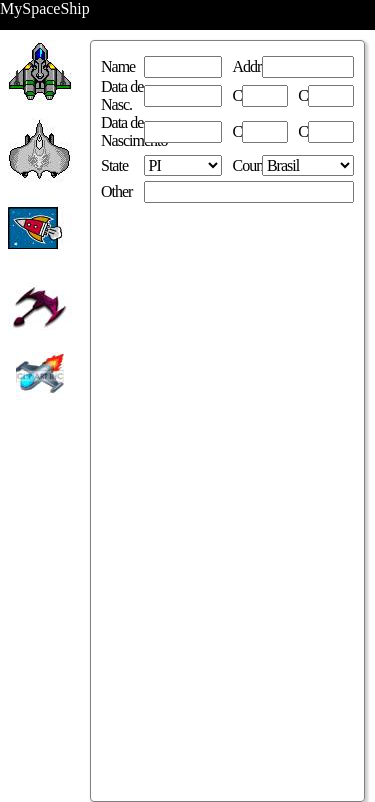
Repository: eudesf/MySpaceShip
Page: MySpaceShip/WebContent/index.html
The author's editor kept a copy of each file at every save. The page is drawn from the files as they stood at one save, then again after the next save.
The browser window is 375 px wide. The pictures show the whole page.

Above is the page before, as saved 2012-03-19 14:22:47.

### MySpaceShip/WebContent/index.html
<!DOCTYPE html>

<html>
	<head>
		<meta charset="UTF-8">

		<title>MySpaceShip</title>

		<link rel="stylesheet" href="css/mainlayout.css" type="text/css" media="screen"/>
		<link rel="stylesheet" href="css/formlayout.css" type="text/css" media="screen"/>

		<style>
			.color1 {
				background: silver;
			}
			.color2 {
				background: gray;
			}
			.color3 {
				background: green;
			}
			.color4 {
				background: brown;
			}

		</style>
	</head>
	<body>

		<header>
			<h2>MySpaceShip</h2>
		</header>

		<nav>
			<a href="javascript:void(0)">
				<img src="images/ship1.jpg" alt="ship 1"/>
			</a>
			<a href="javascript:void(0)">
				<img src="images/ship2.jpg" alt="ship 2"/>
			</a>
			<a href="javascript:void(0)">
				<img src="images/ship3.jpg" alt="ship 3"/>
			</a>
			<a href="javascript:void(0)">
				<img src="images/ship4.jpg" alt="ship 4"/>
			</a>
			<a href="javascript:void(0)">
				<img src="images/ship5.jpg" alt="ship 5"/>
			</a>
		</nav>

		<section>
			<article>
				<form class="labelw20p">

					<label for="name">Name</label>

					<div class="w30p">
						<input id="name" class="w100p" type="text" />
					</div>

					<div class="w50p">
						<label for="address">Address</label>
						<input id="address" type="text"/>
					</div>

					<label for="birthdate">Data de Nasc.</label>

					<div class="w30p">
						<input id="birthdate" type="text" class="w100p"/>
					</div>

					<div class="w25p">
						<label for="cep">CEP</label>
						<input id="cep" type="text"/>
					</div>

					<div class="w25p">
						<label for="city">City</label>
						<input id="city" type="text"/>
					</div>

					<label for="birthdate">Data de Nascimento</label>

					<div class="w30p">
						<input id="birthdate" type="text" class="w100p"/>
					</div>

					<div class="w25p">
						<label for="cep">CEP</label>
						<input id="cep" type="text"/>
					</div>

					<div class="w25p">
						<label for="city">City</label>
						<input id="city" type="text"/>
					</div>


					<label for="state">State</label>

					<div class="w30p">
						<select id="state" class="w100p">
							<option value="PI">PI</option>
						</select>
					</div>

					<div class="w50p">
						<label for="country">Country</label>
						<select id="country">
							<option value="BRA">Brasil</option>
						</select>
					</div>

					<label for="others">Other</label>
					<div class="w80p">
						<input id="others" type="text" class="w100p" />
					</div>
				</form>
			</article>
		</section>

	</body>
</html>

### MySpaceShip/WebContent/css/mainlayout.css
/* reset from YUI 3 */
html{color:#000;background:#FFF;}body,div,dl,dt,dd,ul,ol,li,h1,h2,h3,h4,h5,h6,pre,code,form,fieldset,legend,input,textarea,p,blockquote,th,td{margin:0;padding:0;}table{border-collapse:collapse;border-spacing:0;}fieldset,img{border:0;}address,caption,cite,code,dfn,em,strong,th,var{font-style:normal;font-weight:normal;}li{list-style:none;}caption,th{text-align:left;}h1,h2,h3,h4,h5,h6{font-size:100%;font-weight:normal;}q:before,q:after{content:'';}abbr,acronym{border:0;font-variant:normal;}sup{vertical-align:text-top;}sub{vertical-align:text-bottom;}input,textarea,select{font-family:inherit;font-size:inherit;font-weight:inherit;}input,textarea,select{*font-size:100%;}legend{color:#000;}

header {
	background: #000;
	color: #fff;
	height: 30px
}

@media screen and max-width: 400px {
  article {
    background: #ccc;
  }
}

nav {
	float: left;
	width: 80px;
}

nav a {
	display: block;
	text-align: center;
	padding-top: 10px;
}

section {
	position: absolute;
	left: 80px;
	right: 0px;
	top: 30px;
	bottom: 30px;
}

article {
	margin: 10px;
	border: 1px solid gray;
	padding: 10px 10px 10px 0;

	-moz-border-radius: 4px;
	-webkit-border-radius: 4px;
	border-radius: 4px;

	-moz-box-shadow:    2px 2px 3px 1px #ccc;
	-webkit-box-shadow: 2px 2px 3px 1px #ccc;
	box-shadow:         2px 2px 3px 1px #ccc;

	height: 100%;
}

### MySpaceShip/WebContent/css/formlayout.css
form, form div {
	letter-spacing: -7px;
}

form *, form div * {
	letter-spacing: -1px;
}

form div {
	display: inline-block;
	position: relative;
	margin-top: 5px;
}

form label {
	display: inline-block;
	width: 30%;
	vertical-align: middle;
	padding: 0 0 0 10px;

	border: 0;
	-webkit-box-sizing: border-box;
	-moz-box-sizing: border-box;
	box-sizing: border-box;
}

form input, form select {
	-webkit-box-sizing: border-box;
	-moz-box-sizing: border-box;
	box-sizing: border-box;

	position: relative;
	width: 70%;

	vertical-align: middle;
}

form.labelw20p > label {
	width: 20%;
}

form .w10p {
	width: 10%;
}

form .w20p {
	width: 20%;
}

form .w25p {
	width: 25%;
}

form .w30p {
	width: 30%;
}

form .w50p {
	width: 50%;
}

form .w80p {
	width: 80%;
}

form .w100p {
	width: 100%;
}

After the next save:
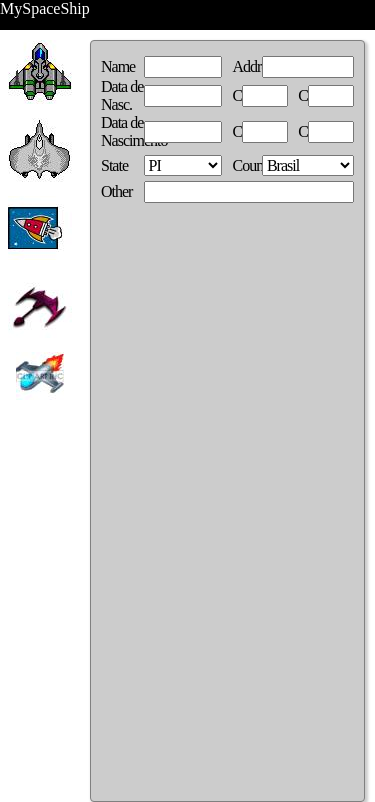
Saved 31 s later.
--- a/MySpaceShip/WebContent/css/mainlayout.css
+++ b/MySpaceShip/WebContent/css/mainlayout.css
@@ -7,7 +7,7 @@ header {
 	height: 30px
 }
 
-@media screen and max-width: 400px {
+@media screen and (max-width: 400px) {
   article {
     background: #ccc;
   }
